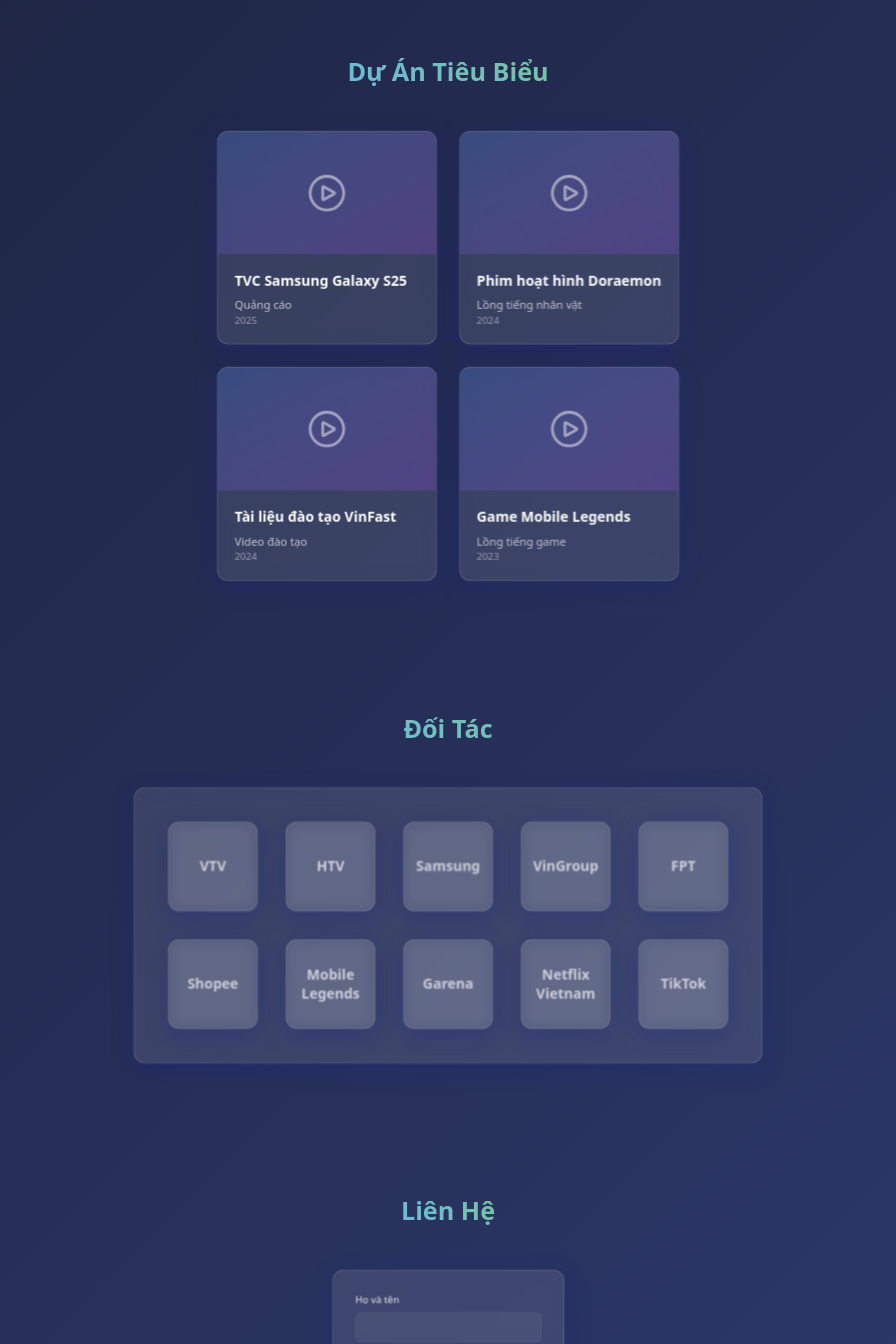
Repository: nguyenkhuyen158/voice-talent2
Page: /
These files come from the project's save history. The page is drawn as it stood at one moment and after the next save; the edit follows.
The browser window is 1280 px wide. The pictures show the part of the page from y = 1437 to 3357 px (the page is 4049 px tall before and 4139 px after), at 70% of full size.
The page's requests for data from a server got no answer. The project was rebuilt for these pictures with package versions that can differ from the ones it lists, and the page was loaded fresh each time. The framework's server and built-in components were replaced by stand-ins that run in the browser. No one was signed in, and anything a server would have sent is missing. Also part of the build but not shown: next.config.ts.

Above is the page before, as saved 2025-06-18 11:34:34.

After the next save:
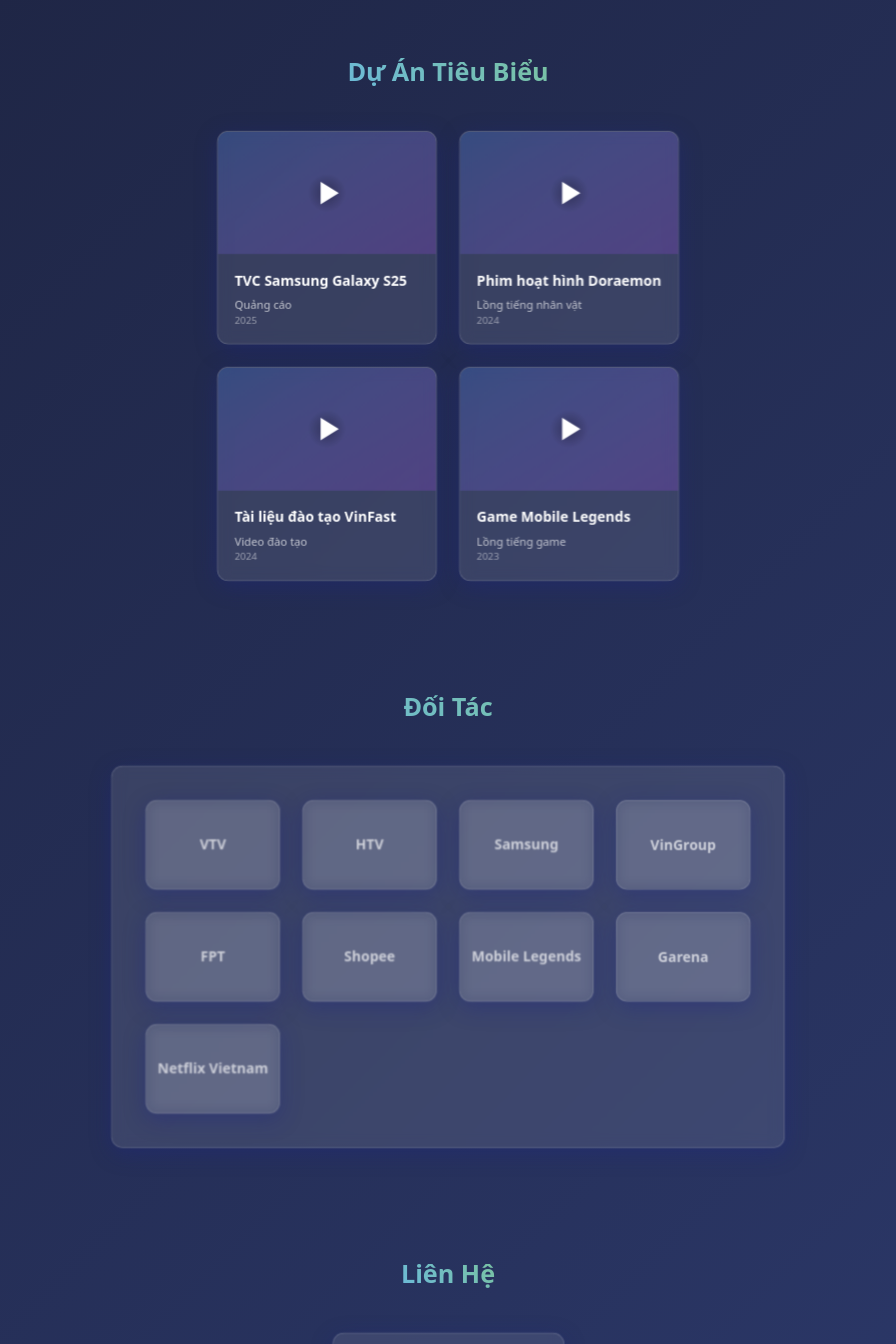
Saved 7 min 2 s later.
--- a/app/page.tsx
+++ b/app/page.tsx
@@ -12,9 +12,47 @@
 } from '@heroicons/react/24/outline';
 import ReactPlayer from 'react-player';
 
+// Helper function to convert Google Drive links to embed links
+const getEmbedUrl = (driveUrl) => {
+  const fileId = driveUrl.match(/\/d\/(.*?)\/view/)?.[1];
+  return fileId ? `https://drive.google.com/file/d/${fileId}/preview` : '';
+};
+
 export default function Home() {
   const { scrollYProgress } = useScroll();
   const [isVisible, setIsVisible] = useState({});
+
+  const projects = [
+    {
+      title: "TVC Samsung Galaxy S25",
+      type: "Quảng cáo",
+      year: "2025",
+      url: "https://drive.google.com/file/d/1oP6nlaWb705viYYlaDXOLvgzwtyASnkv/view?usp=sharing"
+    },
+    {
+      title: "Phim hoạt hình Doraemon",
+      type: "Lồng tiếng nhân vật",
+      year: "2024",
+      url: "https://drive.google.com/file/d/1-Njo70EK4sa7Rd-HvhlQck0Qz7L6mcFT/view?usp=sharing"
+    },
+    {
+      title: "Tài liệu đào tạo VinFast",
+      type: "Video đào tạo",
+      year: "2024",
+      url: "https://drive.google.com/file/d/1w4oPFAs_Q8KlzskAlwbiv2pX2uDgFk7M/view?usp=sharing"
+    },
+    {
+      title: "Game Mobile Legends",
+      type: "Lồng tiếng game",
+      year: "2023",
+      url: "https://drive.google.com/file/d/1KVFOEJ9M3D_lpI4xaiOyytJ1GGNxak62/view?usp=sharing"
+    }
+  ];
+
+  const partners = [
+    "VTV", "HTV", "Samsung", "VinGroup", "FPT", "Shopee",
+    "Mobile Legends", "Garena", "Netflix Vietnam"
+  ];
 
   useEffect(() => {
     const observer = new IntersectionObserver(
@@ -164,39 +202,23 @@
         <div className="max-w-7xl mx-auto px-6">
           <h2 className="text-4xl font-bold text-center mb-16 gradient-text">Dự Án Tiêu Biểu</h2>
           <div className="grid md:grid-cols-2 gap-8">
-            {[
-              {
-                title: "TVC Samsung Galaxy S25",
-                type: "Quảng cáo",
-                year: "2025"
-              },
-              {
-                title: "Phim hoạt hình Doraemon",
-                type: "Lồng tiếng nhân vật",
-                year: "2024"
-              },
-              {
-                title: "Tài liệu đào tạo VinFast",
-                type: "Video đào tạo",
-                year: "2024"
-              },
-              {
-                title: "Game Mobile Legends",
-                type: "Lồng tiếng game",
-                year: "2023"
-              }
-            ].map((project, idx) => (
+            {projects.map((project, idx) => (
               <motion.div
                 key={idx}
                 initial={{ opacity: 0 }}
                 whileInView={{ opacity: 1 }}
                 viewport={{ once: true }}
-                className="glass-card overflow-hidden group"
+                className="glass-card overflow-hidden"
               >
                 <div className="aspect-video bg-gradient-to-br from-blue-500/20 to-purple-500/20 relative">
-                  <div className="absolute inset-0 flex items-center justify-center">
-                    <PlayCircleIcon className="w-16 h-16 text-white/50 group-hover:text-white/90 transition-colors" />
-                  </div>
+                  <ReactPlayer
+                    url={getEmbedUrl(project.url)}
+                    width="100%"
+                    height="100%"
+                    controls
+                    light={true}
+                    playing={false}
+                  />
                 </div>
                 <div className="p-6">
                   <h3 className="text-xl font-semibold mb-2">{project.title}</h3>
@@ -218,22 +240,16 @@
             whileInView={{ opacity: 1, y: 0 }}
             className="glass-card p-12"
           >
-            <div className="partner-grid">
-              {[
-                "VTV", "HTV", "Samsung", "VinGroup", "FPT", "Shopee",
-                "Mobile Legends", "Garena", "Netflix Vietnam", "TikTok"
-              ].map((partner, idx) => (
-                <motion.div
+            <div className="grid grid-cols-2 md:grid-cols-3 lg:grid-cols-4 gap-8 items-center justify-items-center">
+              {partners.map((partner, idx) => (
+                <div
                   key={idx}
-                  initial={{ opacity: 0, scale: 0.8 }}
-                  whileInView={{ opacity: 1, scale: 1 }}
-                  transition={{ delay: idx * 0.1 }}
-                  className="text-center transform hover:scale-110 transition-transform duration-300"
+                  className="w-full max-w-[200px] aspect-[3/2] glass-card p-4 flex items-center justify-center hover:scale-105 transition-transform"
                 >
-                  <div className="w-32 h-32 mx-auto glass-card flex items-center justify-center p-6 group hover:bg-white/20">
-                    <span className="text-xl font-bold text-white/70 group-hover:text-white/90">{partner}</span>
-                  </div>
-                </motion.div>
+                  <span className="text-xl font-bold text-white/70 text-center">
+                    {partner}
+                  </span>
+                </div>
               ))}
             </div>
           </motion.div>
